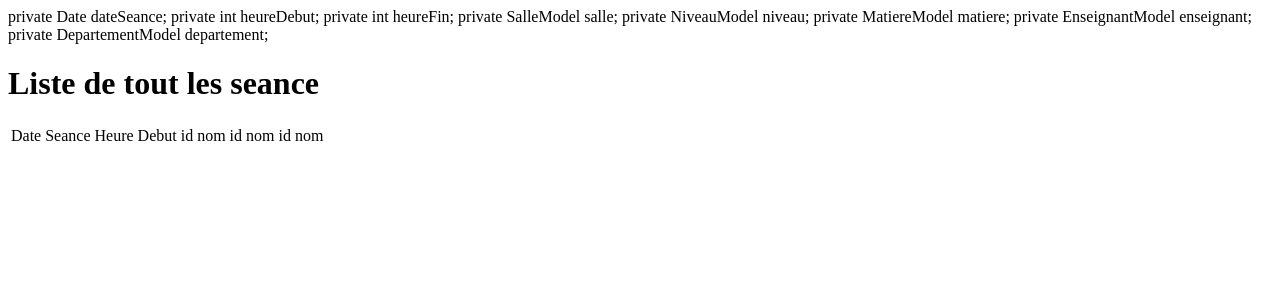
Repository: marwenElleuch/SuivitAbsences
Page: http://localhost/ProjetDetTest/seances.jsp
These files come from the project's save history. The page is drawn as it stood at one moment and after the next save; the edit follows.
The browser window is 1280 px wide. The pictures show the whole page.
The page is served by Tomcat 9. Other server files are loaded and not shown.

Above is the page before, as saved 2018-01-14 11:50:15.

### ProjetDetTest/WebContent/seances.jsp
<%@ page language="java" contentType="text/html; charset=ISO-8859-1"
	pageEncoding="ISO-8859-1"%>

<!DOCTYPE html PUBLIC "-//W3C//DTD HTML 4.01 Transitional//EN" "http://www.w3.org/TR/html4/loose.dtd">
<html>
<head>
<meta http-equiv="Content-Type" content="text/html; charset=ISO-8859-1">
<title>Insert title here</title>
</head>
<body>
	<%
		//List<Salle> salles = request.getSession().getAttribute("salles");
	%>
	private Date dateSeance;
	private int heureDebut;
	private int heureFin;
	private SalleModel salle;
	private NiveauModel niveau;
	private MatiereModel matiere;
	private EnseignantModel enseignant;
	private DepartementModel departement;

	<h1>Liste de tout les seance</h1>
	<table>
		<tr>
			<td>Date Seance</td>
			<td>Heure Debut</td>
			<td>id</td>
			<td>nom</td>
			<td>id</td>
			<td>nom</td>
			<td>id</td>
			<td>nom</td>
		</tr>

		<tr>
			<td></td>
			<td></td>
		</tr>
	</table>


</body>
</html>

After the next save:
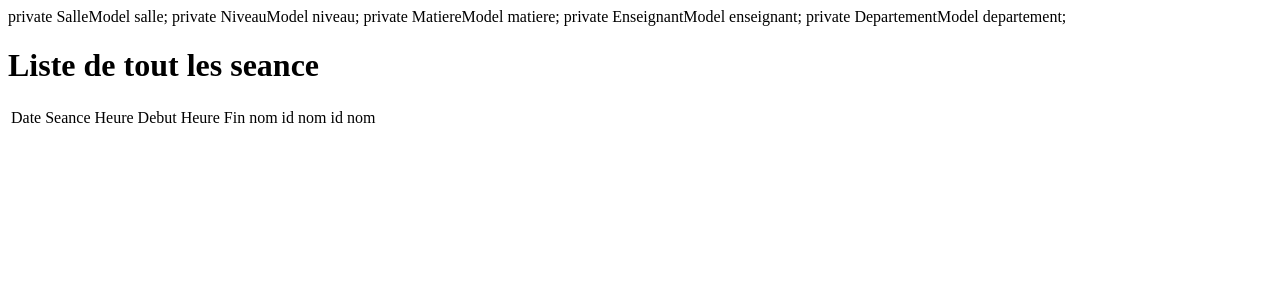
Saved 16 s later.
--- a/ProjetDetTest/WebContent/seances.jsp
+++ b/ProjetDetTest/WebContent/seances.jsp
@@ -11,9 +11,6 @@
 	<%
 		//List<Salle> salles = request.getSession().getAttribute("salles");
 	%>
-	private Date dateSeance;
-	private int heureDebut;
-	private int heureFin;
 	private SalleModel salle;
 	private NiveauModel niveau;
 	private MatiereModel matiere;
@@ -25,7 +22,7 @@
 		<tr>
 			<td>Date Seance</td>
 			<td>Heure Debut</td>
-			<td>id</td>
+			<td>Heure Fin</td>
 			<td>nom</td>
 			<td>id</td>
 			<td>nom</td>
